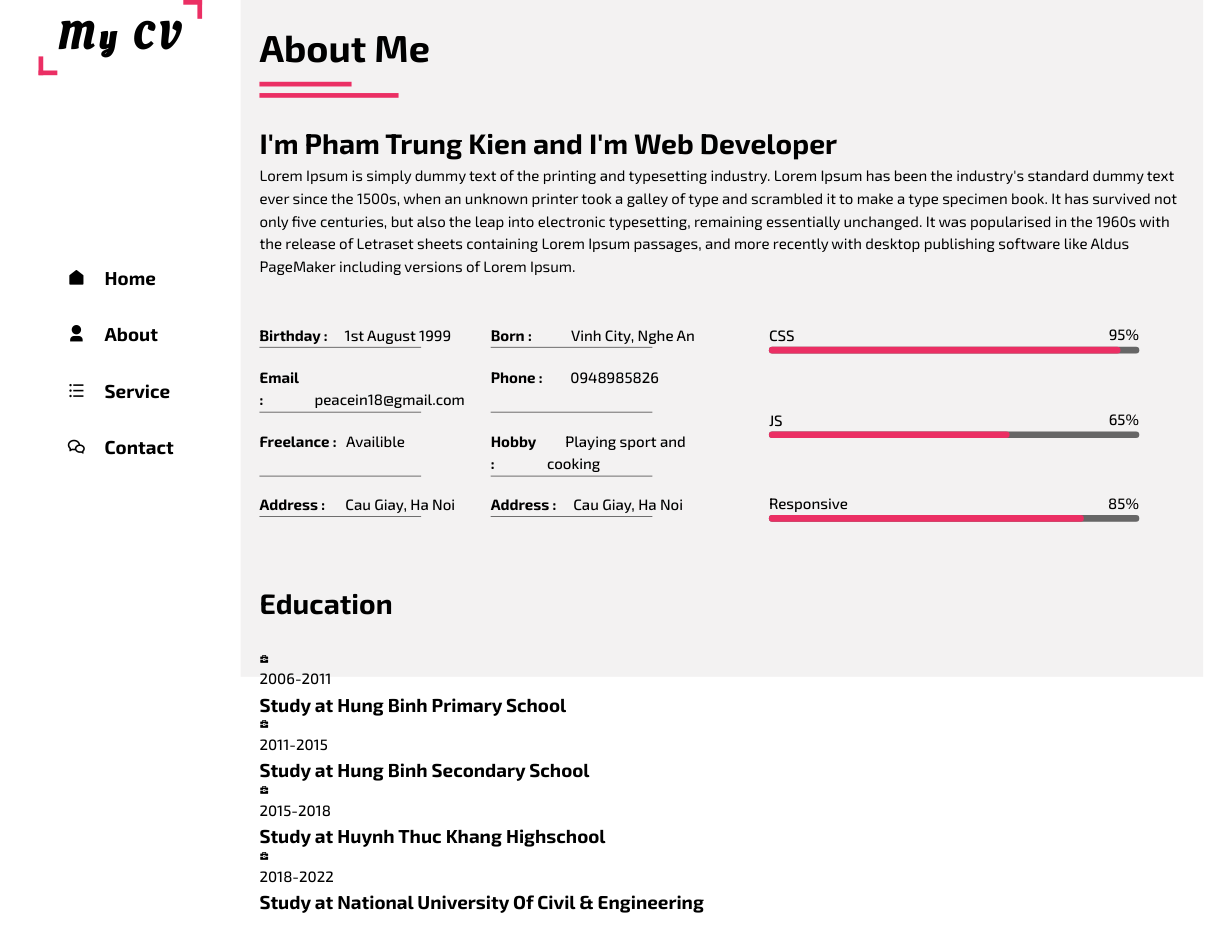
Repository: kien181999/First-Project
Page: index.html
The author's editor kept a copy of each file at every save. The page is drawn from the files as they stood at one save, then again after the next save.
The browser window is 1280 px wide. The page is 1310 px wide, so the pictures cover 1310 px, including what lies to the right of the window. The pictures show the whole page, at 94% of full size.
The style sheet was rebuilt from its Sass, Less or Tailwind sources for each picture, by a compiler version that may differ from the author's.

Above is the page before, as saved 2022-06-02 16:35:29.

### index.html
<!DOCTYPE html>
<html lang="en">

<head>
    <meta charset="UTF-8">
    <meta http-equiv="X-UA-Compatible" content="IE=edge">
    <meta name="viewport" content="width=device-width, initial-scale=1.0">
    <link rel="stylesheet" href="./css/style.css">
    <link href="https://cdn.jsdelivr.net/npm/remixicon@2.5.0/fonts/remixicon.css" rel="stylesheet">
    <title>Document</title>
</head>

<body>

    <div class="container">
        <div class="sidebar">
            <div class="sidebar-title">
                <h1 class="heading-1">My CV</h1>
            </div>
            <div class="sidebar-menu">
                <ul class="sidebar-list">
                    <li class="sidebar-item">
                        <a href="" class="sidebar-link">
                            <i class="ri-home-fill sidebar-icon"></i>
                            <h3 class="heading-3">Home</h3>
                        </a>
                    </li>
                    <li class="sidebar-item">
                        <a href="" class="sidebar-link">
                            <i class="ri-user-3-fill sidebar-icon"></i>
                            <h3 class="heading-3">About</h3>
                        </a>
                    </li>
                    <li class="sidebar-item">
                        <a href="" class="sidebar-link">
                            <i class="ri-list-unordered sidebar-icon"></i>
                            <h3 class="heading-3">Service</h3>
                        </a>
                    </li>
                    <li class="sidebar-item">
                        <a href="" class="sidebar-link">
                            <i class="ri-wechat-line sidebar-icon"></i>
                            <h3 class="heading-3">Contact</h3>
                        </a>
                    </li>
                </ul>
            </div>
        </div>
        <div class="content">
            <section class="home section hidden">
                <div class="home-text">
                    <div class="home-name">
                        <h2 class="heading-2">Hello, my name is </h2>

                        <h2 class="heading-2-secondary">Trung Kien</h2>
                    </div>
                    <div class="home-job">
                        <h2 class="heading-2">I'm a Fresher Front-end Developer</h2>
                    </div>
                    <div class="home-describe">
                        <h4 class="heading-4">I'm a Front-End web Designer. My Expertise is to create and website design
                        </h4>
                    </div>
                    <a href="#contact" class="home-btn">More About Me</a>

                </div>
                <div class="home-img">
                    <img src="./image/IMG_4900.jpeg" alt="" class="home-jpg">
                </div>
            </section>
            <section class="about section">
                <div class="about-title">
                    <h2 class="heading-1-secondary">About Me</h2>
                </div>
                <div class="about-describe">
                    <h3 class="heading-2">I'm Pham Trung Kien and I'm Web Developer</h3>
                    <span class="about-span">
                        Lorem Ipsum is simply dummy text of the printing and typesetting industry. Lorem Ipsum has been
                        the industry's standard dummy text ever since the 1500s, when an unknown printer took a galley
                        of type and scrambled it to make a type specimen book. It has survived not only five centuries,
                        but also the leap into electronic typesetting, remaining essentially unchanged. It was
                        popularised in the 1960s with the release of Letraset sheets containing Lorem Ipsum passages,
                        and more recently with desktop publishing software like Aldus PageMaker including versions of
                        Lorem Ipsum.
                    </span>
                </div>
                <div class="about-infor">
                    <div class="about-bio">
                        <ul class="about-list">
                            <li class="about-item">
                                <h4 class="heading-4-secondary">Birthday :</h4>
                                <h4 class="heading-4">&ensp;1st August 1999</h4>
                            </li>
                            <li class="about-item">
                                <h4 class="heading-4-secondary">Born :</h4>
                                <h4 class="heading-4">&emsp;&ensp;&ensp;Vinh City, Nghe An</h4>
                            </li>
                            <li class="about-item">
                                <h4 class="heading-4-secondary">Email :</h4>
                                <h4 class="heading-4">&emsp;&ensp;&nbsp; peacein18@gmail.com</h4>
                            </li>
                            <li class="about-item">
                                <h4 class="heading-4-secondary">Phone :</h4>
                                <h4 class="heading-4">&emsp;&nbsp;0948985826</h4>
                            </li>
                            <li class="about-item">
                                <h4 class="heading-4-secondary">Freelance :</h4>
                                <h4 class="heading-4">Availible</h4>
                            </li>
                            <li class="about-item">
                                <h4 class="heading-4-secondary">Hobby :</h4>
                                <h4 class="heading-4">&emsp;&nbsp;Playing sport and cooking</h4>
                            </li>
                            <li class="about-item">
                                <h4 class="heading-4-secondary">Address :</h4>
                                <h4 class="heading-4">&ensp;&nbsp;Cau Giay, Ha Noi</h4>
                            </li>
                            <li class="about-item">
                                <h4 class="heading-4-secondary">Address :</h4>
                                <h4 class="heading-4">&ensp;Cau Giay, Ha Noi</h4>
                            </li>
                        </ul>
                        <div class="about-ability">
                            <div class="about-ability__item">
                                <h4 class="heading-4">CSS</h4>
                                <div class="about-ability__percent">
                                    <div class="about-ability__progress" style="width: 95%"></div>
                                    <h4 class="heading-4 about-ability__number">95%</h4>
                                </div>
                            </div>
                            <div class="about-ability__item">
                                <h4 class="heading-4">JS</h4>
                                <div class="about-ability__percent">
                                    <div class="about-ability__progress" style="width: 65%"></div>
                                    <h4 class="heading-4 about-ability__number">65%</h4>
                                </div>
                            </div>
                            <div class="about-ability__item">
                                <h4 class="heading-4">Responsive</h4>
                                <div class="about-ability__percent">
                                    <div class="about-ability__progress" style="width: 85%"></div>
                                    <h4 class="heading-4 about-ability__number">85%</h4>
                                </div>
                            </div>
                        </div>
                    </div>
                </div>
                <div class="about-education">
                    <div class="about-education__title">
                        <h2 class="heading-2">Education</h2>
                    </div>
                    <div class="about-education__bio">
                        <div class="about-education__infor">
                            <div class="about-education__timeline">
                                <i class="ri-briefcase-4-fill about-education__icon "></i>
                                <h4 class="heading-4">2006-2011</h4>
                            </div>
                            <div class="about-education-name">
                                <h3 class="heading-3">Study at Hung Binh Primary School</h3>
                            </div>
                        </div>
                    </div>

                        <div class="about-education__infor">
                            <div class="about-education__timeline">
                                <i class="ri-briefcase-4-fill about-education__icon "></i>
                                <h4 class="heading-4">2011-2015</h4>
                            </div>
                            <div class="about-education-name">
                                <h3 class="heading-3">Study at Hung Binh Secondary School</h3>
                            </div>
                        </div>

                    <div class="about-education__bio">
                        <div class="about-education__infor">
                            <div class="about-education__timeline">
                                <i class="ri-briefcase-4-fill about-education__icon "></i>
                                <h4 class="heading-4">2015-2018</h4>
                            </div>
                            <div class="about-education-name">
                                <h3 class="heading-3">Study at Huynh Thuc Khang Highschool</h3>
                            </div>
                        </div>
                    </div>
                    <div class="about-education__bio">
                        <div class="about-education__infor">
                            <div class="about-education__timeline">
                                <i class="ri-briefcase-4-fill about-education__icon "></i>
                                <h4 class="heading-4">2018-2022</h4>
                            </div>
                            <div class="about-education-name">
                                <h3 class="heading-3">Study at National University Of Civil & Engineering</h3>
                            </div>
                        </div>
                    </div>
                </div>
            </section>
        </div>
    </div>

    <script src="main.js"></script>
</body>

</html>

### sass/main.scss
@import 'base';
@import 'typography';
@import 'variables';
@import 'sidebar';
@import 'content';
@import 'home';
@import 'about';

### sass/_base.scss
@import url('https://fonts.googleapis.com/css2?family=Oleo+Script&display=swap');
@import url('https://fonts.googleapis.com/css2?family=Exo+2:ital,wght@0,400;0,500;0,700;1,600&family=Oleo+Script&display=swap');


*{
    margin: 0;
    padding: 0;
    outline: none;
    text-decoration: none;
    box-sizing: border-box;
}

::before,::after{
    box-sizing: border-box;
}

html{
    box-sizing: border-box;
    font-size: 62.5%;
}


body
{
    margin: 0;
    padding: 0;
    line-height: 1.5;
}
.container{
    display: flex;
    max-height: 100vh;
}
.hidden{
    display: none !important;
}

### sass/_typography.scss
.heading-1{
    font-family: var(--side-font);
    font-size: 4rem;
    color: var(--black-color);
    letter-spacing: .5rem;
}
.heading-1-secondary{
    font-family: var(--body-font);
    font-size: 4rem;
    color: (--black-color);
    font-weight: 700;
}
.heading-2{
    font-family: var(--body-font);
    font-size: 3rem;
    color: var(--black-color);
    font-weight: 600;
}
.heading-2-secondary{
    font-family: var(--side-font);
    color: var(--pink-color);
    font-size: 3.5rem;
    margin-left: 1rem;
}
.heading-3{
    font-family: var(--body-font);
    font-size: 2rem;
}
.heading-4{
    font-family: var(--body-font);
    font-size: 1.6rem;
    color: var(--black-color);
    font-weight: 500;
}
.heading-4-secondary{
    font-family: var(--body-font);
    font-size: 1.6rem;
    color: var(--black-color);
    font-weight: 700;
}

### sass/_variables.scss
:root{
    --body-font: 'Exo 2', sans-serif;
    --side-font: 'Oleo Script', cursive;
    --black-color: rgb(0, 0 ,0);
    --light-black-color: #333;
    --white-color: #fff;
    --light-grey-color-1: #666;
    --light-grey-color-2: rgb(243, 242, 242);
    --orange-color: rgb(236, 116, 17);
    --pink-color: #eb2f64;
    --green-color: rgb(22, 134, 22);
    --blue-color: rgb(47, 47, 241);
}

### sass/_sidebar.scss
.sidebar{
    flex: 0 0 20%;
    background-color: var(--white-color);
    display: flex;
    flex-direction: column;
    justify-content: space-evenly;
    align-items: center;
    &-title{
        display: block;
        padding: 1rem 2rem;
        position: relative;
        margin-top: -20rem;
        &::before{
            content: '';
            position: absolute;
            width: 2rem;
            height: 2rem;
            border-bottom: 5px solid var(--pink-color) ;
            border-left: 5px solid var(--pink-color) ;
            bottom: 0;
            left: 0;
        }
        &::after{
            content: '';
            position: absolute;
            width: 2rem;
            height: 2rem;
            border-top: 5px solid var(--pink-color) ;
            border-right: 5px solid var(--pink-color) ;
            top: 0;
            right: 0;
        }
    }
    &-list{
        list-style: none;
    }
    &-item{
        display: flex;
        align-items: center;
        margin-bottom: 3rem;
        position: relative;

    }
    &-item::before{
        position: absolute;
        content: "";
        top: 0;
        left: 0;
        height: 100%;
        width: 3px;
        background-color: var(--pink-color);
        transform: scaleY(0);
        transition: transform .2s;
    }
    &-item:hover::before{
        transform: scaleY(1);
    }
    &-link{
        display: flex;
        justify-content: center;
        align-items: center;
        gap: 2rem;
        color: var(--black-color);
        padding: 0 2rem;
        position: relative;
        z-index: 10;
        transition: all .2s;
        &:hover{
            color: var(--pink-color);
        }
    }
    &-icon{
        font-size: 2rem;
        color: currentColor;
    }
}

### sass/_content.scss
.content{
  background-color: var(--light-grey-color-2);
  height: 100vh;
  flex: 1;
}
.section{
    padding: 3rem 4rem;
    min-height: 100vh;
}

### sass/_home.scss
.home{
    display: flex;
    &-img{
        display:grid;
        padding: 1rem;
        flex: 0 0 50%;
        position: relative;
        place-items: center;
        &::before{
            content: '';
            position: absolute;
            width: 5rem;
            height: 5rem;
            border-bottom: 5px solid var(--pink-color) ;
            border-left: 5px solid var(--pink-color) ;
            bottom: 20%;
            left: 15%;
        }
        &::after{
            content: '';
            position: absolute;
            width: 5rem;
            height: 5rem;
            border-top: 5px solid var(--pink-color) ;
            border-right: 5px solid var(--pink-color) ;
            top: 20%;
            right: 15%;
        }
    }
    &-jpg{
        height: 40rem;
        width: 30rem;

    }
    &-text{
        display: flex;
        flex-direction: column;
        justify-content: center;
        margin-right: 5rem;
    }
    &-name{
        display: flex;

        align-items: center;
        margin-bottom: 2rem;
    }
    &-job{
        margin-bottom: 2rem;
    }
    &-describe{
        margin-bottom: 10rem;
    }
    &-btn{
        padding: 1rem 2rem;
        font-size: 2rem;
        font-family: var(--body-font);
        color: var(--white-color);
        background-color: var(--pink-color);
        width: 20rem;
        border-radius: 10px;
        transition: all .2s;
        &:hover{
            transform: translateY(-3px);
            box-shadow: 0 10px 20px rgba(0,0,0,.2);
        }
    }
}

### sass/_about.scss
.about{
    display: flex;
    padding: 2rem;
    flex-direction: column;
    &-title{
        margin-bottom: 5rem;
        position: relative;
        &::before{
            position: absolute;
            content: "";
            left: 0;
            bottom: -20%;
            height: .5rem;
            width: 10%;
            background-color: var(--pink-color);
        }
        &::after{
            position: absolute;
            content: "";
            left: 0;
            bottom: -40%;
            height: .5rem;
            width: 15%;
            background-color: var(--pink-color);
        }
    }
    &-describe{
        flex: 0 0 100%;
        margin-bottom: 5rem;
        max-width: 100%;
    }
    &-span{
        margin-top: 3rem;
        font-size: 1.6rem;
        font-family: var(--body-font);
        font-weight: 400;
    }
    &-bio{
        display: flex;
    }
    &-list{
        flex: 0 0 50%;
        list-style: none;
        display: flex;
        flex-wrap: wrap;
    }
    &-item{
        flex: 0 0 50%;
        display: flex;
        margin-bottom: 2rem;
        position: relative;
        gap: 1rem;
        &::after{
            content: "";
            position: absolute;
            left: 0;
            bottom: -5%;
            height: 1px;
            width: 70%;
            background-color: var(--light-grey-color-1);
        }
    }
    &-ability{
        display: flex;
        flex: 0 0 50%;
        flex-direction: column;
        margin-left: 5rem;
        &__item{
            flex: 0 0 40%;
            max-width: 80%;
        }
        &__percent{
            background-color: var(--light-grey-color-1);
            height: 7px;
            border-radius: 4px;
            width: 100%;
            position: relative;
        }
        &__progress{
            margin-bottom: 1rem;
            position: absolute;
            left: 0;
            top: 0;
            height: 100%;
            background-color: var(--pink-color);
            border-radius: 4px;
        }
        &__percent{
            margin-bottom: 1rem;
        }
        &__number{
            position: absolute;
            right: 0;
            top: -25px;
        }
        }
    &-infor{
        margin-bottom: 5rem;
    }
    &-education{
        &__title{
            margin-bottom: 3rem;
        }
    }
}

Loaded but not shown: main.js (no copy from this time; the picture is the same without it)

After the next save:
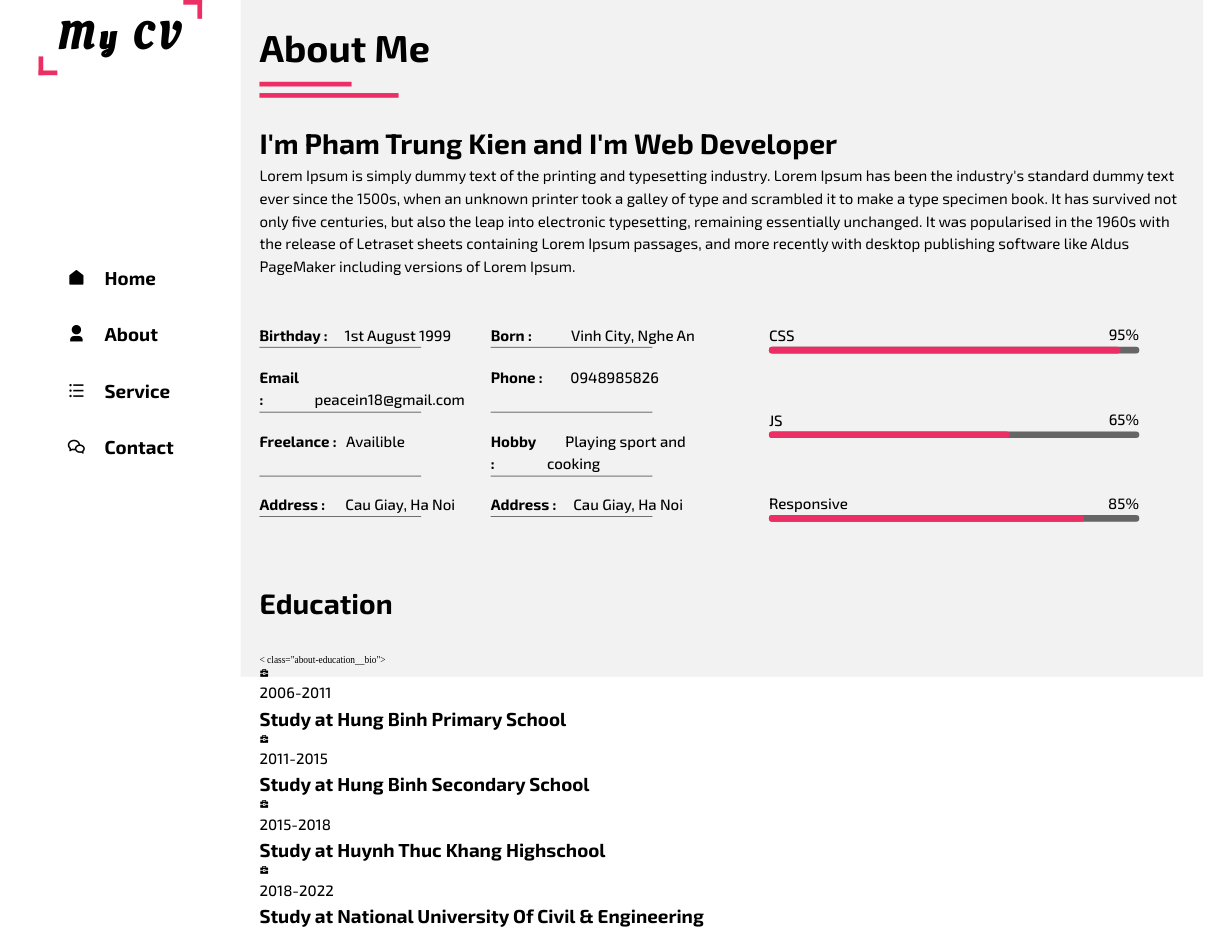
Saved 5 s later.
--- a/index.html
+++ b/index.html
@@ -149,7 +149,7 @@
                     <div class="about-education__title">
                         <h2 class="heading-2">Education</h2>
                     </div>
-                    <div class="about-education__bio">
+                    < class="about-education__bio">
                         <div class="about-education__infor">
                             <div class="about-education__timeline">
                                 <i class="ri-briefcase-4-fill about-education__icon "></i>
@@ -159,7 +159,7 @@
                                 <h3 class="heading-3">Study at Hung Binh Primary School</h3>
                             </div>
                         </div>
-                    </div>
+
 
                         <div class="about-education__infor">
                             <div class="about-education__timeline">

After the save that followed:
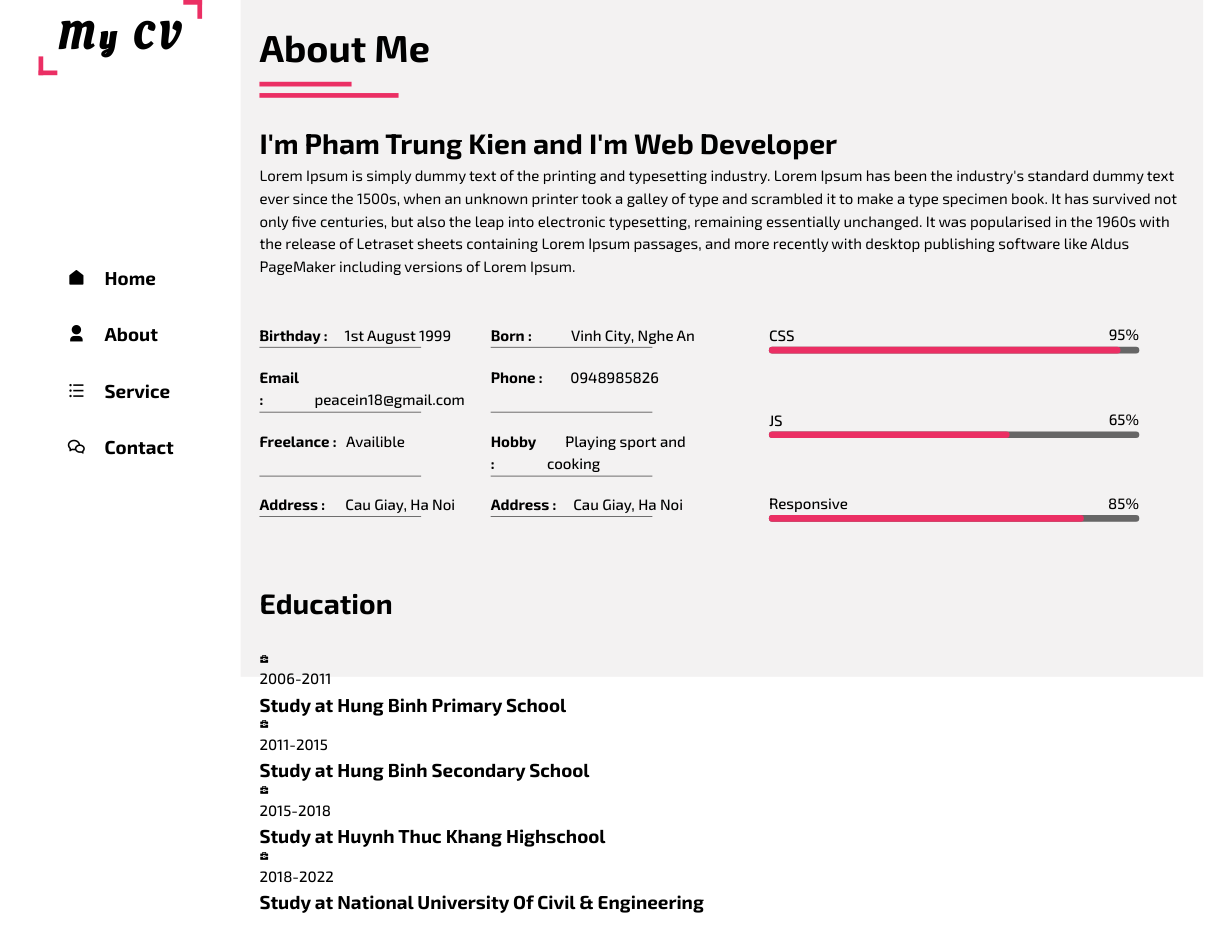
Saved 4 s later.
--- a/index.html
+++ b/index.html
@@ -149,7 +149,7 @@
                     <div class="about-education__title">
                         <h2 class="heading-2">Education</h2>
                     </div>
-                    < class="about-education__bio">
+                    <div class="about-education__bio">
                         <div class="about-education__infor">
                             <div class="about-education__timeline">
                                 <i class="ri-briefcase-4-fill about-education__icon "></i>
@@ -159,7 +159,7 @@
                                 <h3 class="heading-3">Study at Hung Binh Primary School</h3>
                             </div>
                         </div>
-
+                    </div>
 
                         <div class="about-education__infor">
                             <div class="about-education__timeline">
